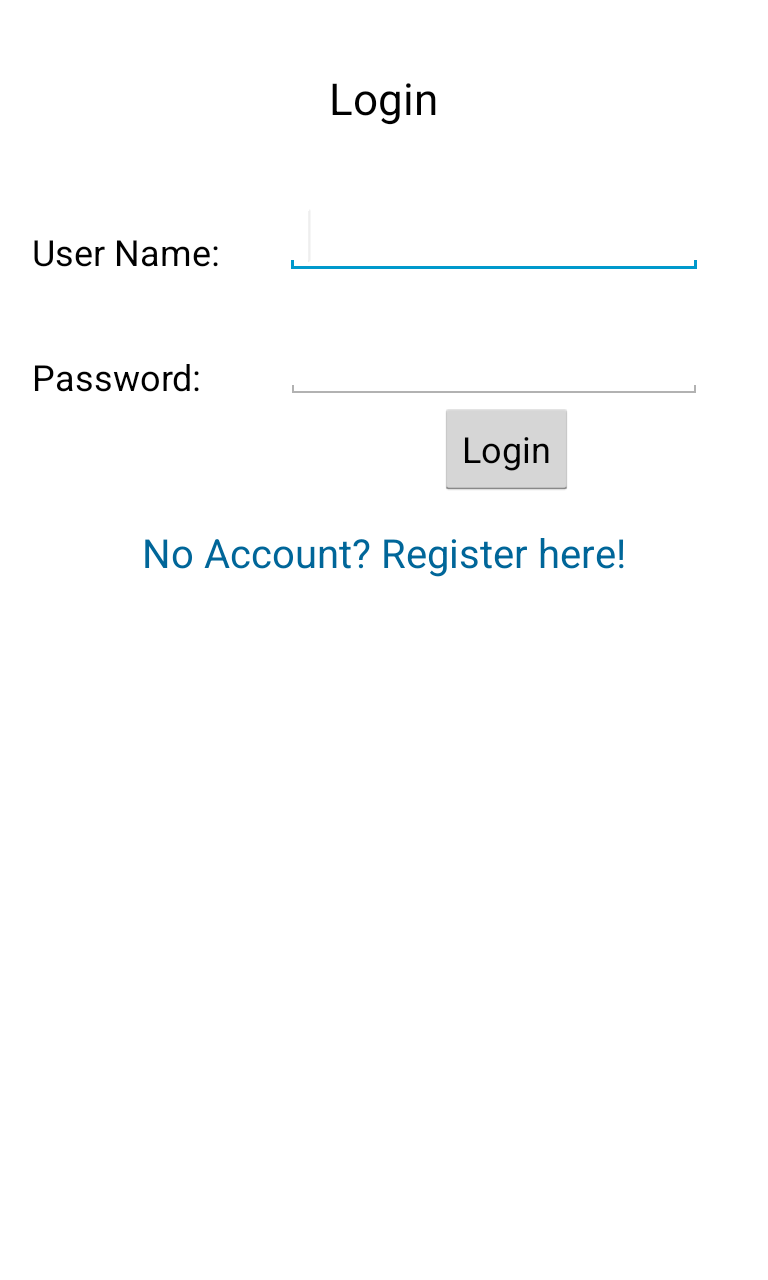
Repository: chrisberry/WebAPIWithAndroidUI
Layout: PeopleAPIAndroid/PeopleAPI/res/layout/login_main.xml
An editor plug-in stored every save of this project. The layout is shown before and after the next save, followed by the edit.
It is drawn on a 768 x 1280 px phone screen (xhdpi) without system bars, with theme AppTheme; the app's code is not run.

Above is the layout before, as saved 2014-02-11 18:27:30.

After the next save:
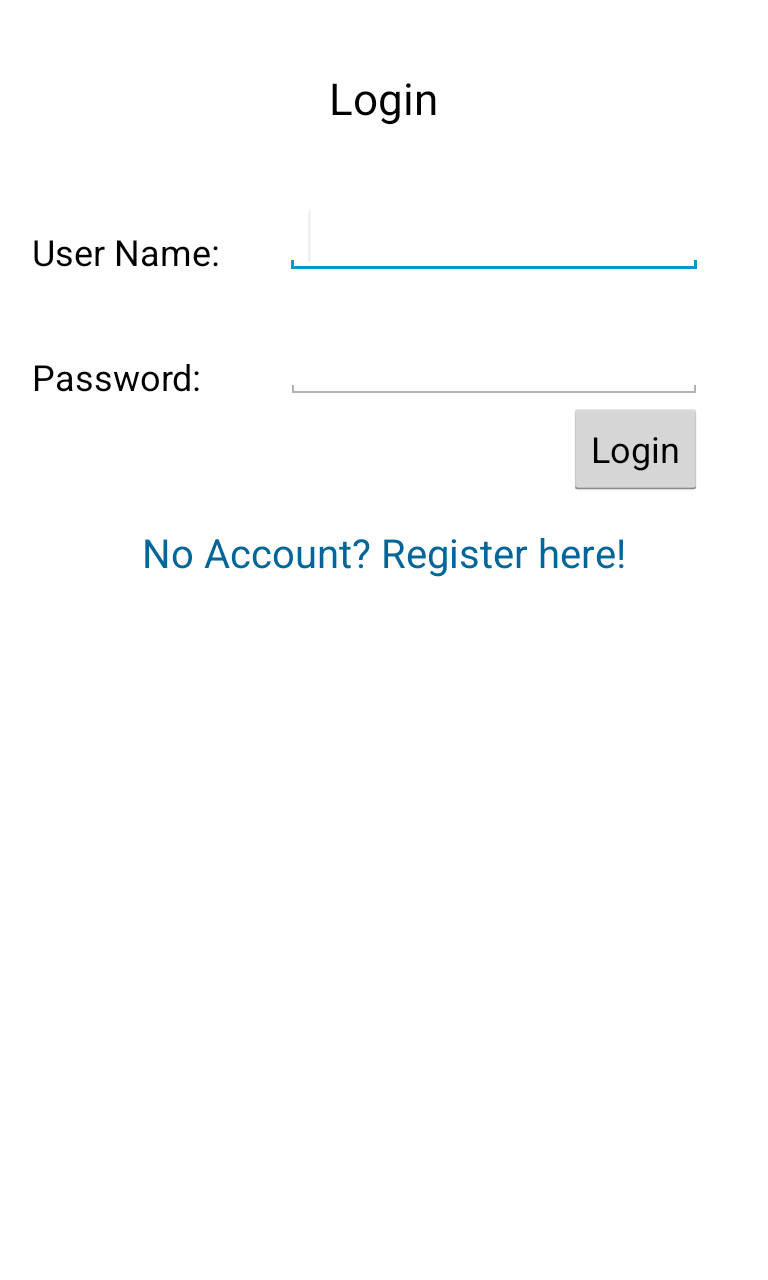
Saved 15 s later.
--- a/PeopleAPIAndroid/PeopleAPI/res/layout/login_main.xml
+++ b/PeopleAPIAndroid/PeopleAPI/res/layout/login_main.xml
@@ -60,15 +60,6 @@
       android:ems="10"
       android:inputType="textPassword" />
 
-    <Button
-        android:id="@+id/button1"
-        android:layout_width="wrap_content"
-        android:layout_height="wrap_content"
-        android:layout_below="@+id/editText2"
-        android:layout_toRightOf="@+id/textView1"
-        android:onClick="login"
-        android:text="@string/login" />
-
     <TextView
         style="@style/CodeFont"
         android:layout_width="wrap_content"
@@ -80,4 +71,13 @@
         android:text="@string/register_prompt"
         android:textSize="20sp" />
 
+    <Button
+        android:id="@+id/button1"
+        android:layout_width="wrap_content"
+        android:layout_height="wrap_content"
+        android:layout_alignRight="@+id/editText2"
+        android:layout_below="@+id/editText2"
+        android:onClick="login"
+        android:text="@string/login" />
+
 </RelativeLayout>
